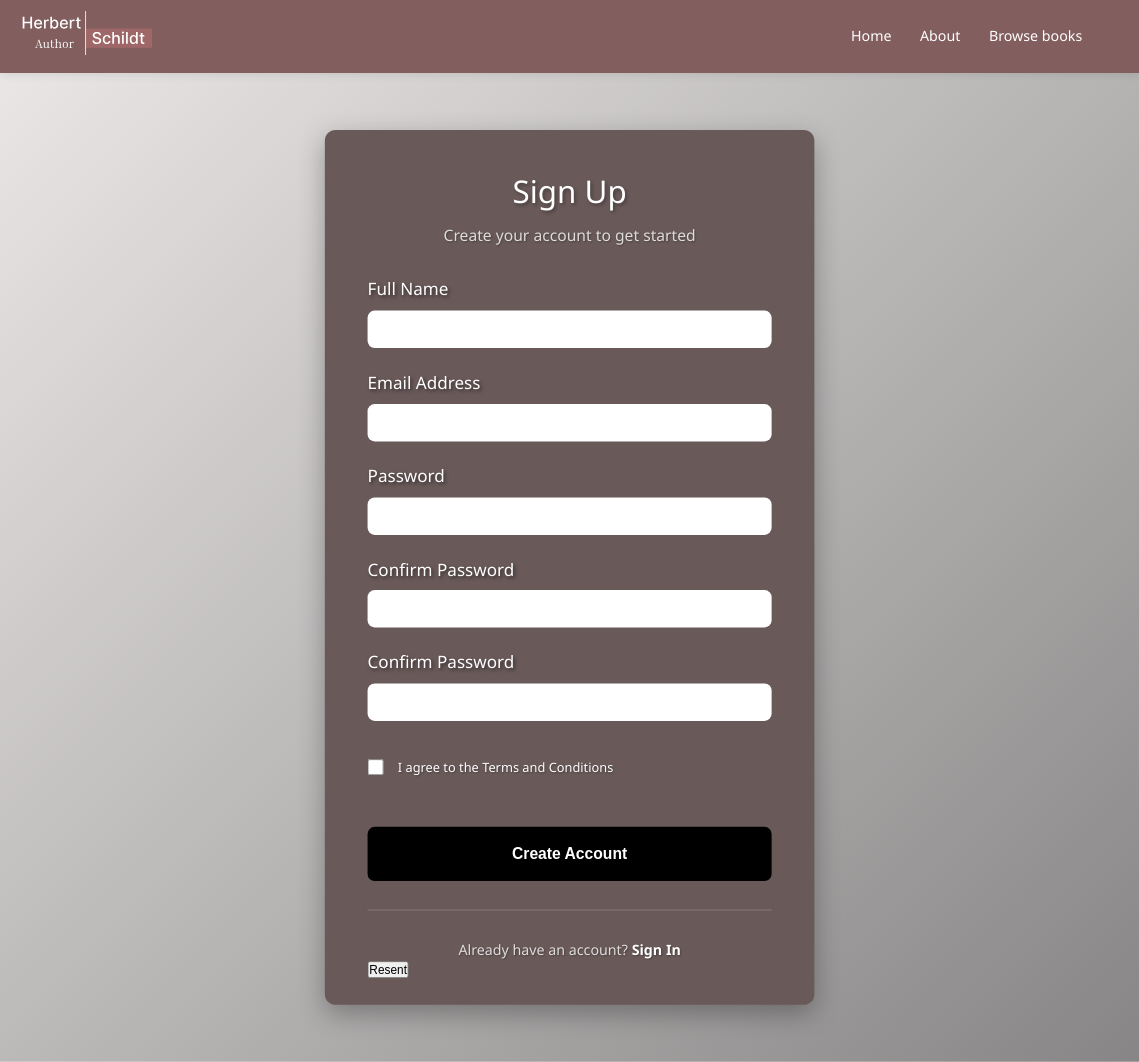
Repository: Darkrepo23/Author-Website-
Page: pages/signup.html
These files come from the project's save history. The page is drawn as it stood at one moment and after the next save; the edit follows.
The browser window is 1280 px wide. The pictures show the whole page, at 89% of full size.

Above is the page before, as saved 2025-09-23 12:57:23.
Console error: SyntaxError: Unexpected token ':'

After the next save:
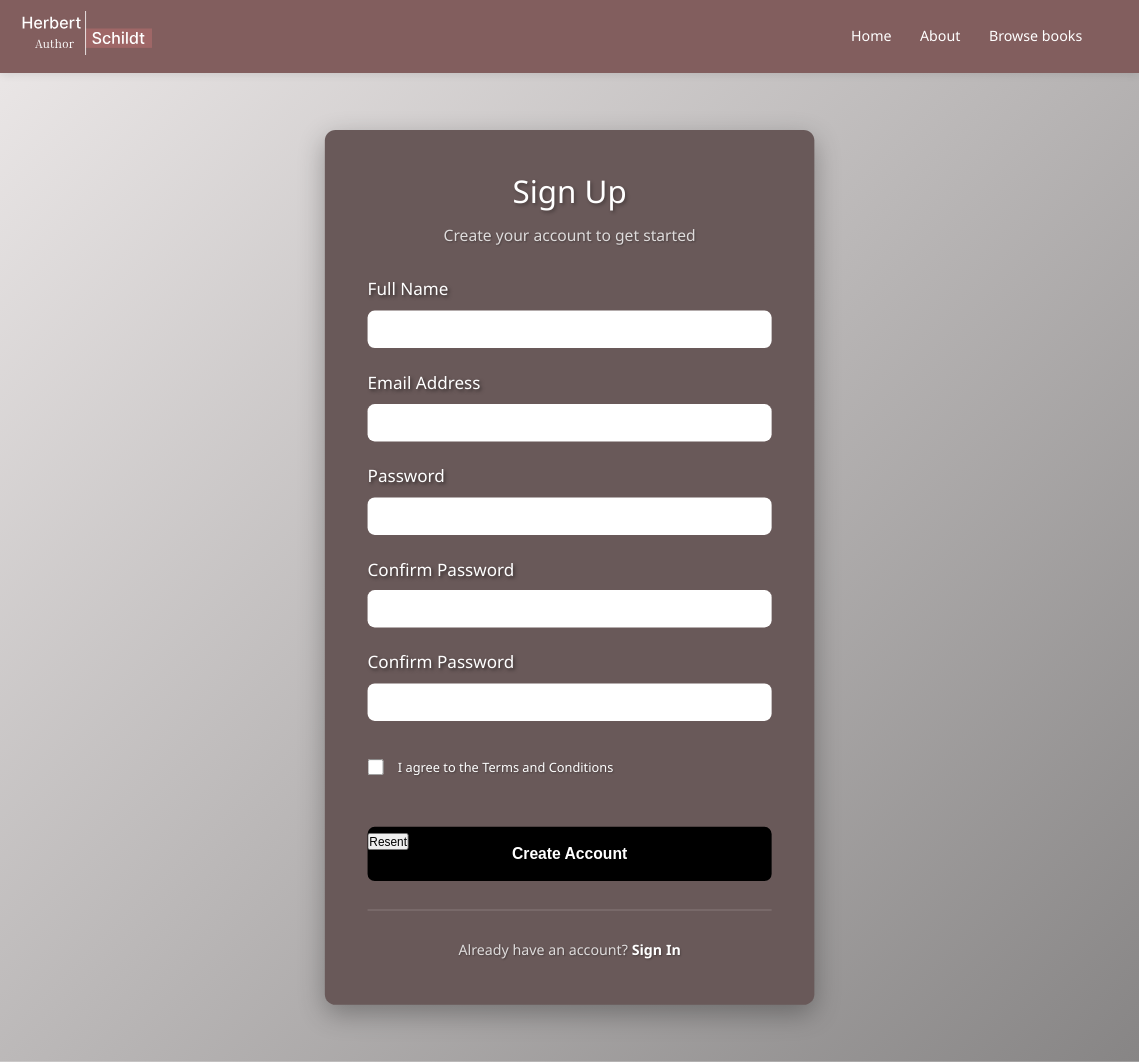
Saved 7 s later.
--- a/css/login.css
+++ b/css/login.css
@@ -151,7 +151,7 @@
 
 .res {
     position: absolute;
-    top: 150%;
+    top: 130%;
 }
 
 
